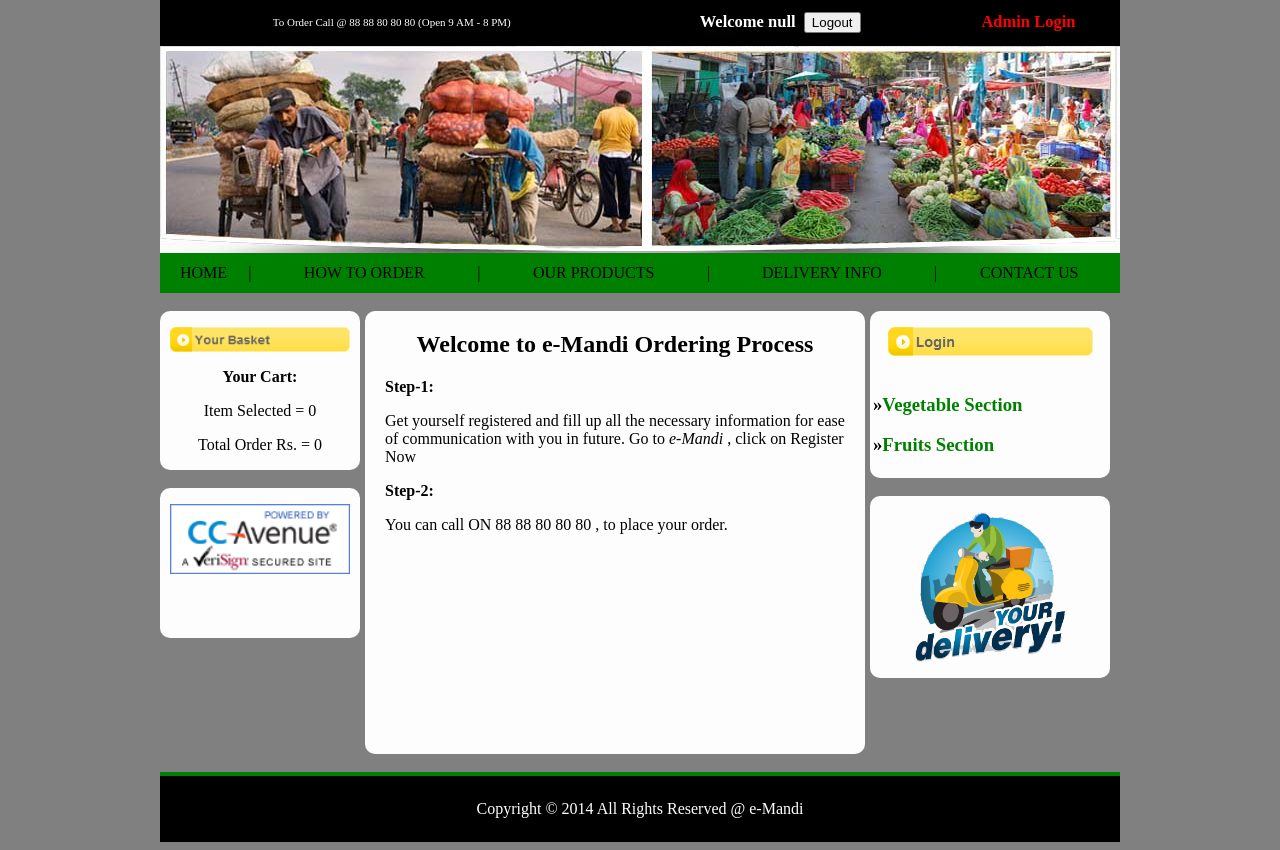
Repository: aashi12/e_mandi
Page: http://localhost/e_mandi/howToOrder11.jsp
An editor plug-in stored every save of this project. The page is shown before and after the next save, followed by the edit.
The browser window is 1280 px wide. The pictures show the whole page.
The page is served by Tomcat 9. Other server files are loaded and not shown.

Above is the page before, as saved 2014-04-18 13:03:30.

### e_mandi/WebContent/howToOrder11.jsp
<%@ page language="java" contentType="text/html; charset=ISO-8859-1"
    pageEncoding="ISO-8859-1"%>
<!DOCTYPE html PUBLIC "-//W3C//DTD HTML 4.01 Transitional//EN" "http://www.w3.org/TR/html4/loose.dtd">
<html>
<head>
<meta http-equiv="Content-Type" content="text/html; charset=ISO-8859-1">
<title>Online e-Mandi</title>
<link rel="stylesheet" href="style.css" />
</head>
<body bgcolor="gray">
<div id="container">
<div id="main">
<table border="0" width="960" height="255" cellspacing="0" cellpadding="0">
<tr>
<td height="30" bgcolor="black" class="order">
<table border="0" width="960" height="30" cellspacing="0" cellpadding="0">
<tr>
<td align="center"><p>To Order Call @ 88 88 80 80 80 (Open 9 AM - 8 PM)</p></td>
<td align="center">
<!-- user login details -->
<%
String usd =(String)session.getAttribute("user");
out.print("<h2>Welcome "+usd); %>&nbsp;
<a href="Logout1"><input type="button" value="Logout"></a></h2> </td>
<td align="center"><h2 class="admin"><a href="#">Admin Login</a></h2></td>
</tr></table></td>
</tr>
<tr>
<td class="bann">
<!--  banner -->
</td>
</tr>
</table>
<table border="0" width="960" height="40" cellspacing="0" cellpadding="0">
<tr bgcolor="green">
<td align="center" class="tab"><a href="SuccessLogin.jsp">HOME</a></td>
<td align="center" class="tab">|</td>
<td align="center" class="tab"><a href="howToOrder11.jsp">HOW TO ORDER</a></td>
<td align="center" class="tab">|</td>
<td align="center" class="tab"><a href="ourProducts11.jsp">OUR PRODUCTS</a></td>
<td align="center" class="tab">|</td>
<td align="center" class="tab"><a href="deliveryInfo11.jsp">DELIVERY INFO</a></td>
<td align="center" class="tab">|</td>
<td align="center" class="tab"><a href="contactUs11.jsp">CONTACT US</a></td>
</tr>
</table>
<br/>
<table border="0" width="960" height="auto" cellspacing="0" cellpadding="0">
<tr>
<td width="200" valign="top">
<table class="basket" width="200" height="150" cellspacing="0" cellpadding="0" bgcolor="#fefdfd">
<tr>
<td align="center" valign="top">
<p><img src="images/basket.png" width="180"/></p>
<p class="bask"><b>Your Cart:</b></p>
<p>Item Selected = <% Integer a=(Integer)session.getAttribute("count");
if(a==null)
	 {
		 a=new Integer(0);

	 }

%> <%= a.intValue() %></p>
<p>Total Order Rs. = <%   Integer amu=(Integer)session.getAttribute("amount");
if(amu==null)
	 {
		 amu=new Integer(0);

	 }
%>
<%= amu %>
</p>

</td>
</tr>
</table>
&nbsp;
<table class="basket" width="200" height="150" cellspacing="0" cellpadding="0" bgcolor="#fefdfd">
<tr>
<td align="center" valign="top">
<p><img src="images/ccav.gif" width="180"/></p>
</td>
</tr>
</table>
</td>
<td width="560" align="center" valign="top">
<table class="basket" border="0" width="500" height="150" cellspacing="0" cellpadding="0" bgcolor="#fefdfd">
<tr>
<td  valign="top">
<h2 align="center">Welcome to e-Mandi Ordering Process</h2>
<div id="con1">
<p><b>Step-1:</b></p>
<p>Get yourself registered and fill up all the necessary information for ease of communication
with you in future. Go to <i>e-Mandi</i> , click on Register Now</p>
<p><b>Step-2:</b></p>
<p>You can call ON    88 88 80 80 80 , to place your order.</p>

<p>&nbsp;</p>
<p>&nbsp;</p>
<p>&nbsp;</p>
<p>&nbsp;</p>
<p>&nbsp;</p>
<p>&nbsp;</p>
</div>
</td>
</tr>
</table>

</td>
<td width="300" valign="top">
<table border="0" class="basket" width="200" height="150" cellspacing="0" cellpadding="0" bgcolor="#fefdfd">
<tr>
<td align="center">
<p><img src="images/login.png" /></p>
<form action="Validate" method="post">
<table width="240">
<tr>
<td>
<h3 class="section">&#187;<a href="vegitable.jsp">Vegetable Section</a></h3>
<h3 class="section">&#187;<a href="fruits.jsp">Fruits Section</a></h3>
</td>
</tr>
</table>
</td>
</tr>
</table>
&nbsp;
<table border="0" class="basket" width="240" height="150" cellspacing="0" cellpadding="0" bgcolor="#fefdfd">
<tr>
<td align="center">
<p><img src="images/free.png" width="150" height="150" /></p>
</td>
</tr>
</table>
</td>
</tr>
</table>
&nbsp;
<table border="0" width="960" height="70" cellspacing="0" cellpadding="0">
<tr>
<td height="4" bgcolor="green"></td>
</tr>
<tr>
<td height="65" bgcolor="black" align="center" class="foot">
<p>Copyright &copy; 2014 All Rights Reserved @ e-Mandi</p>
</td>
</tr>
</table>
</div>
</div>
</body>
</html>

### e_mandi/WebContent/style.css
#container{margin-top:-10px;}
#main{margin: 0px auto;width:960px;}
.tab{color:#000;text-decoration:none;}
.tab a{color:#000;text-decoration:none;}
.tab a:hover{color:#fff;text-decoration:none;}
.tab12{color:#fff;text-decoration:none;}
.tab12 a{color:#fff;text-decoration:none;}
.tab12 a:hover{color:red;text-decoration:none;}
.bann{background-image: url(images/header.jpg);}
.order{color:#fff; font-size:11px;}
.free{padding-left:400px;}
.logo{padding-bottom:50px;}
.basket{border-radius:10px;}
.foot{color:#fff;}
.cat{color:#000;text-decoration:none;}
.cat a{color:red;text-decoration:none;}
.cat a:hover{color:green;text-decoration:none;}
.admin{color:red;text-decoration:none; }
.admin a{color:red; text-decoration:none;}
.admin a:hover{color:#fff;text-decoration:none; }
#con1{padding-left:20px;padding-right:20px;}
img{border:none;}
a{text-decoration:none;}
.log a{text-decoration:none;}
.section a{color:green;text-decoration:none;}
.section a:hover{color:red;text-decoration:none;}
.quick{color:green;text-decoration:underline;}
#login
{
	text-align:center;

}

After the next save:
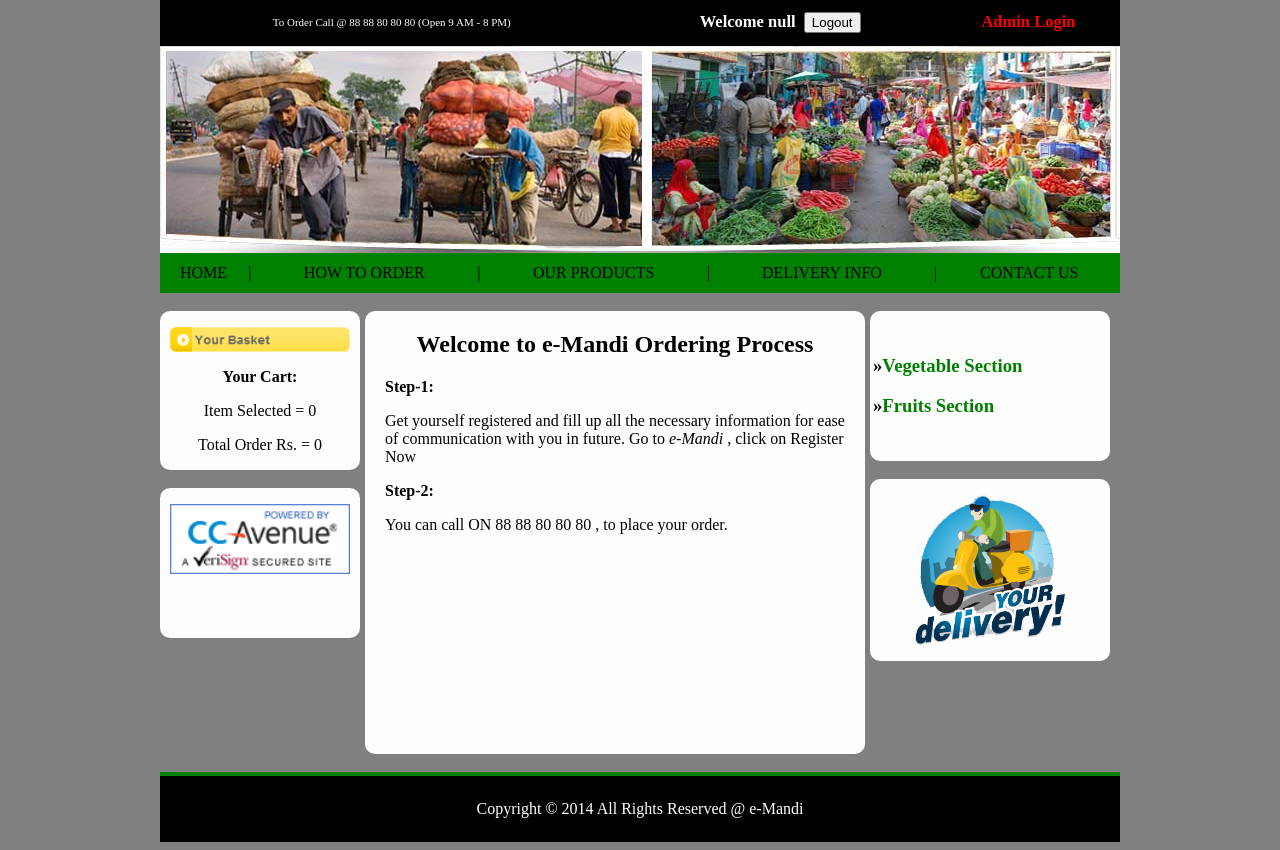
Saved 26 s later.
--- a/e_mandi/WebContent/howToOrder11.jsp
+++ b/e_mandi/WebContent/howToOrder11.jsp
@@ -111,8 +111,6 @@ with you in future. Go to <i>e-Mandi</i> , click on Register Now</p>
 <table border="0" class="basket" width="200" height="150" cellspacing="0" cellpadding="0" bgcolor="#fefdfd">
 <tr>
 <td align="center">
-<p><img src="images/login.png" /></p>
-<form action="Validate" method="post">
 <table width="240">
 <tr>
 <td>
